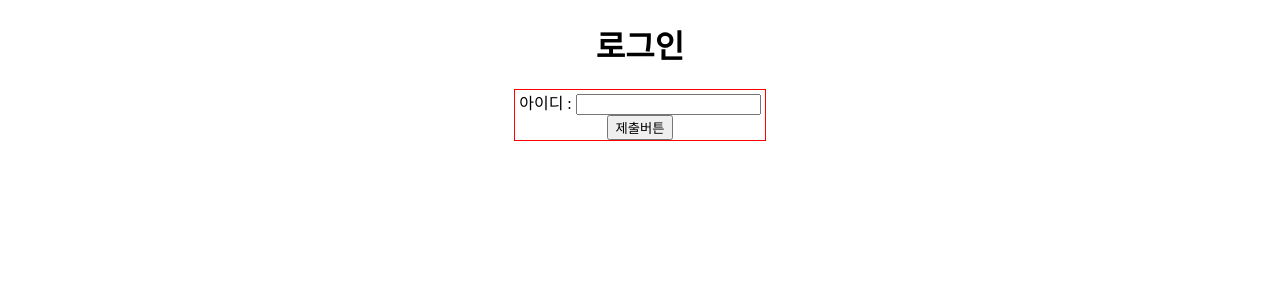
Repository: JaySurplusYoon/JSP_Servlet
Page: jsp01/WebContent/Human_info.html
These files come from the project's save history. The page is drawn as it stood at one moment and after the next save; the edit follows.
The browser window is 1280 px wide. The pictures show the whole page.

Above is the page before, as saved 2017-08-10 12:47:48.

### jsp01/WebContent/Human_info.html
<!DOCTYPE html>
<html>
<head>
<meta charset="UTF-8">
<title>회원정보</title>
<style>
	#loginFormArea{
		text-align : center;
		width : 250px;
		margin : auto;
		border : 1px solid red;
	}
	h1{
		text-align : center;
	}
</style>
</head>
<body>
	<h1>로그인</h1>
	<section id  = "loginFormArea"?>
	<form action="HI" method="get">
	<label id = "id">아이디 :
	</label><input type= "text" name= "id" id="id"/> <br>
	<label pw = "password"></label>
		<input type="submit" value="제출버튼">
	</form>
	</section>

</body>
</html>

After the next save:
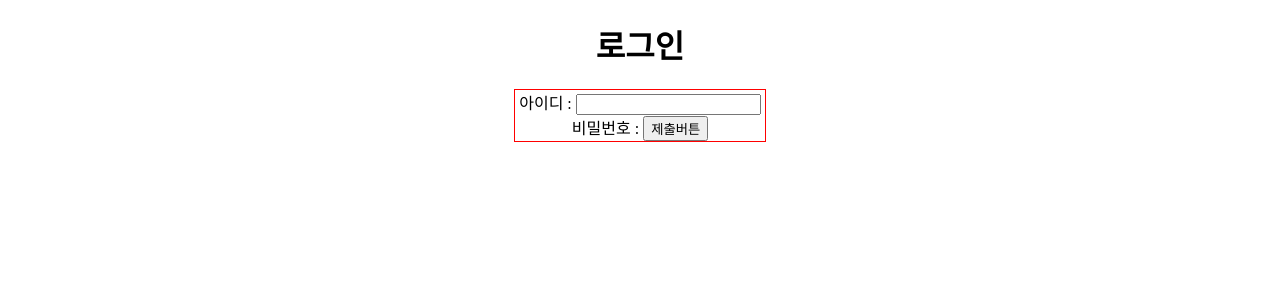
Saved 9 s later.
--- a/jsp01/WebContent/Human_info.html
+++ b/jsp01/WebContent/Human_info.html
@@ -21,7 +21,7 @@
 	<form action="HI" method="get">
 	<label id = "id">아이디 :
 	</label><input type= "text" name= "id" id="id"/> <br>
-	<label pw = "password"></label>
+	<label pw = "password">비밀번호 : </label>
 		<input type="submit" value="제출버튼">
 	</form>
 	</section>
